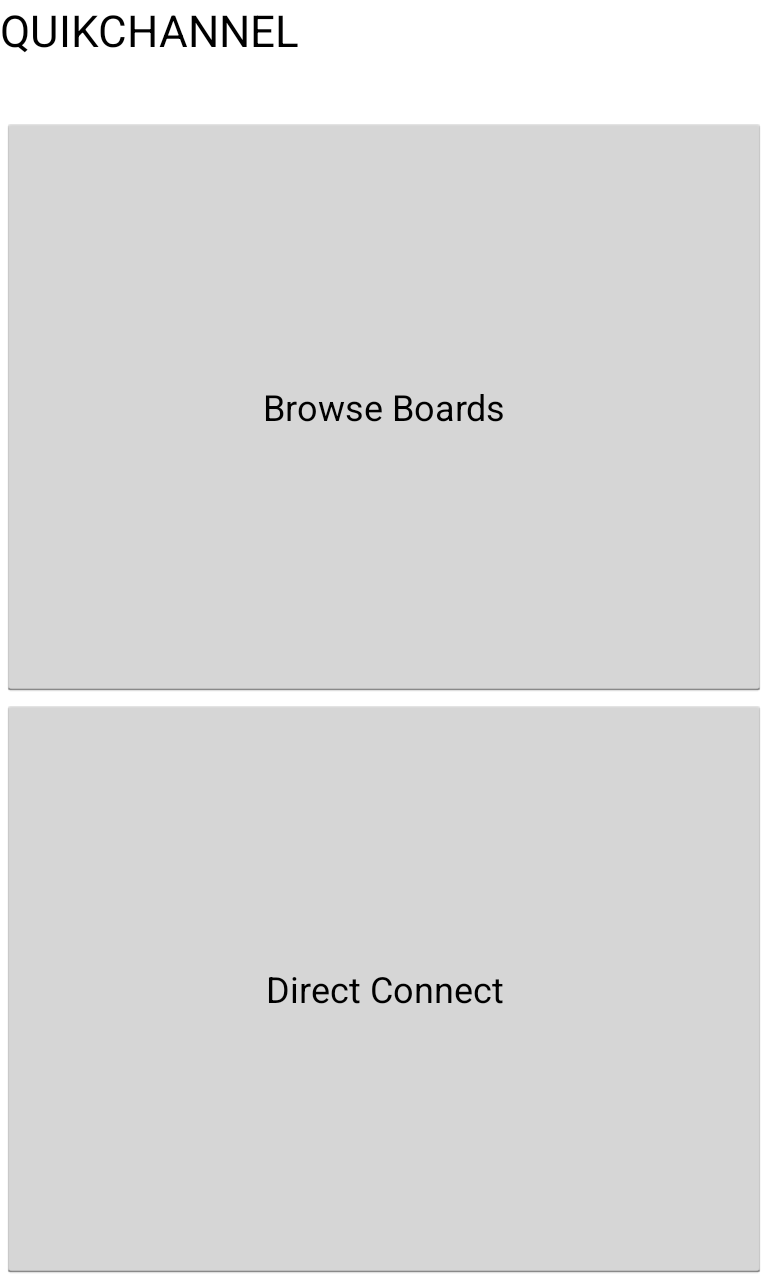
Repository: tomacoast/Quik-Channel
Layout: WorkspaceI/Quikchannel/res/layout/activity_main.xml
These files come from the project's save history. The layout is drawn as it stood at one moment and after the next save; the edit follows.
It is drawn on a 768 x 1280 px phone screen (xhdpi) without system bars, with theme AppTheme; the app's code is not run.

Above is the layout before, as saved 2014-05-21 06:41:41.

### WorkspaceI/Quikchannel/res/layout/activity_main.xml
<LinearLayout xmlns:android="http://schemas.android.com/apk/res/android"
    android:layout_width="fill_parent"
    android:layout_height="fill_parent"
    android:orientation="vertical" >

    <TextView
        android:id="@+id/textView1"
        android:layout_width="fill_parent"
        android:layout_height="0dip"
        android:text="@string/main_title"
        android:layout_weight="1"
        android:textAppearance="?android:attr/textAppearanceLarge" />
    <Button
        android:id="@+id/button1"
        android:padding="10sp"
        android:layout_width="fill_parent"
        android:layout_height="0dp"
        android:layout_weight="5"
        android:text="@string/browse_boards_button" />
    <Button
        android:id="@+id/button1"
        android:layout_width="fill_parent"
        android:layout_height="0dp"
        android:layout_weight="5"
        android:text="@string/direct_connect_button" />

</LinearLayout>

### WorkspaceI/Quikchannel/res/values/strings.xml
<?xml version="1.0" encoding="utf-8"?>
<resources>

    <string name="ip">INSERT IP HERE</string>

    <string name="app_name">Quikchannel</string>
    <string name="action_settings">Settings</string>
    <string name="direct_connect_button">Direct Connect</string>
    <string name="browse_boards_button">Browse Boards</string>
    <string name="main_title">QUIKCHANNEL</string>
    <string name="add_entry">Add a post</string>
    <string name="add_thread">Add a thread</string>
    <string name="make_post_title">Add a post</string>
    <string name="make_thread_title">Add a thread</string>
    <string name="submit">Submit</string>
    <string name="author">Author</string>
    <string name="title">Title</string>

</resources>

Loaded but not shown: WorkspaceI/Quikchannel/res/values/styles.xml (common file); WorkspaceI/Quikchannel/res/values-v11/styles.xml (common file); WorkspaceI/Quikchannel/res/values-v14/styles.xml (common file)

After the next save:
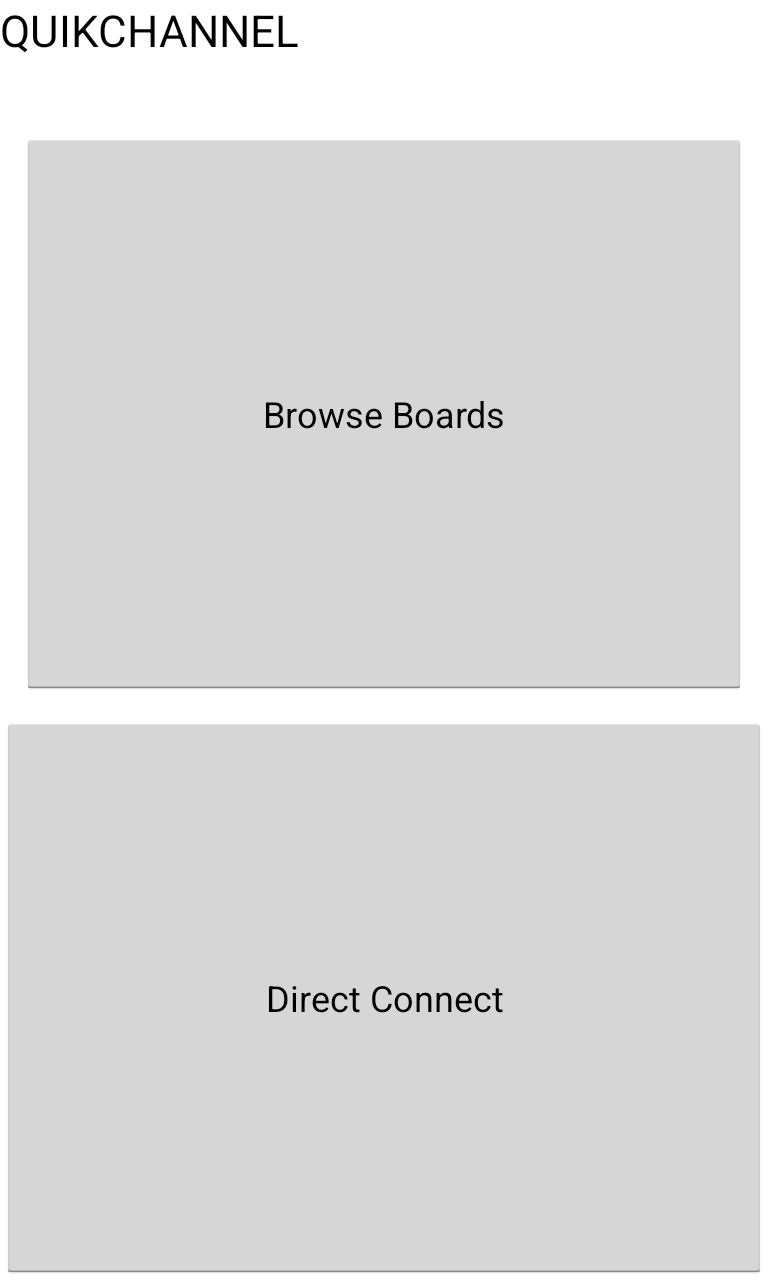
Saved 12 s later.
--- a/WorkspaceI/Quikchannel/res/layout/activity_main.xml
+++ b/WorkspaceI/Quikchannel/res/layout/activity_main.xml
@@ -12,7 +12,7 @@
         android:textAppearance="?android:attr/textAppearanceLarge" />
     <Button
         android:id="@+id/button1"
-        android:padding="10sp"
+        android:layout_margin="10sp"
         android:layout_width="fill_parent"
         android:layout_height="0dp"
         android:layout_weight="5"
